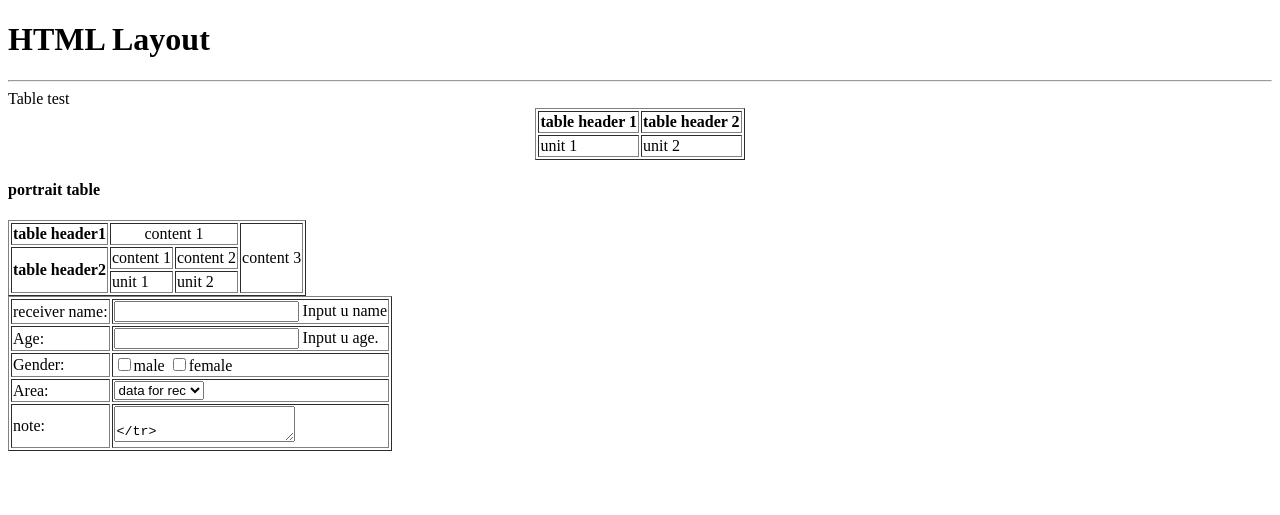
Repository: libelosophy/anjoyo
Page: workspace/QTalk/WebContent/html/table.html
The author's editor kept a copy of each file at every save. The page is drawn from the files as they stood at one save, then again after the next save.
The browser window is 1280 px wide. The pictures show the whole page.

Above is the page before, as saved 2013-09-09 11:55:10.

After the next save:
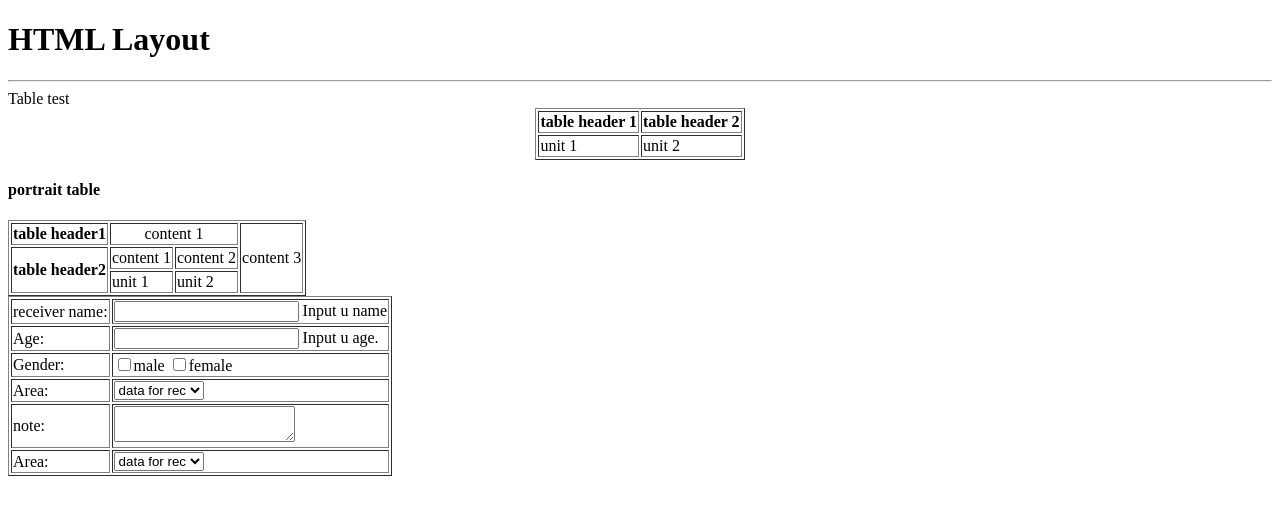
Saved 4 s later.
--- a/workspace/QTalk/WebContent/html/table.html
+++ b/workspace/QTalk/WebContent/html/table.html
@@ -74,7 +74,7 @@
 			<tr>
 				<td>note:</td>
 				<td>
-					<textarea
+					<textarea > </textarea>
 				</td>
 			</tr>
 
